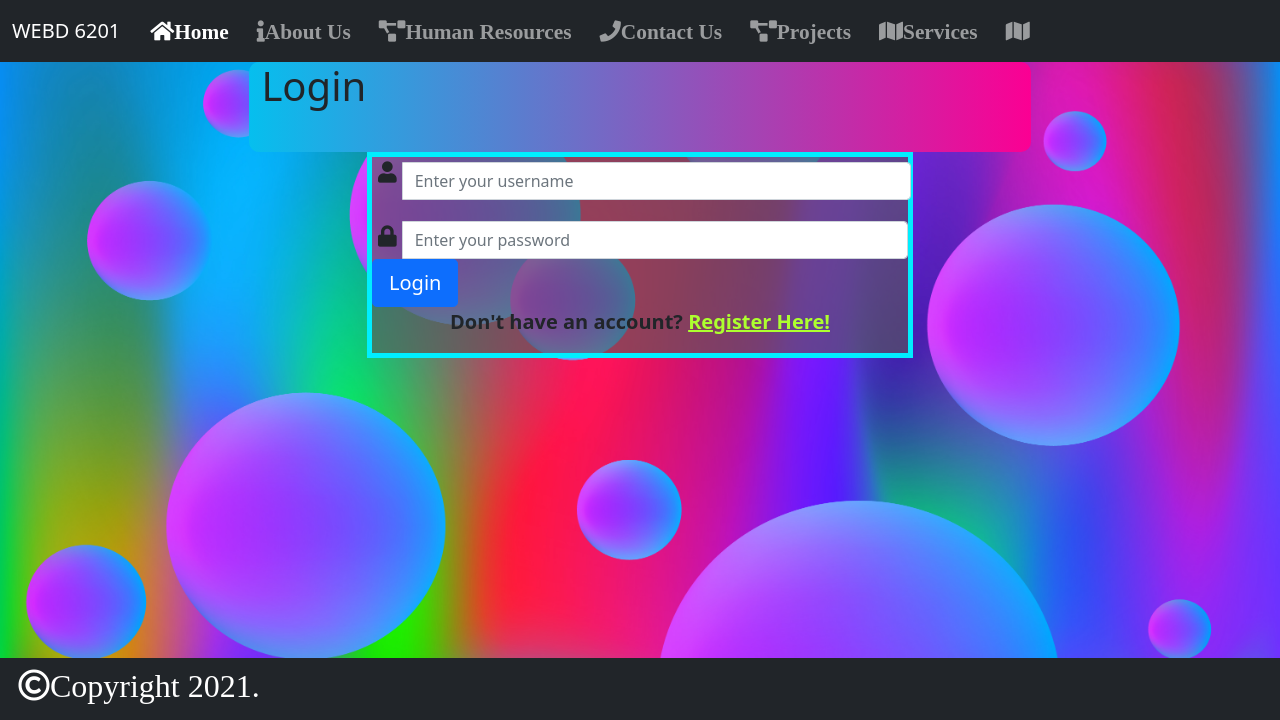
Repository: vans12345678/WEBD6201-W2021-Lab2
Page: login.html
These files come from the project's save history. The page is drawn as it stood at one moment and after a run of saves; the edit follows.
The browser window is 1280 px wide. The pictures show the whole page.

Above is the page before, as saved 2021-02-24 19:43:28.

### login.html
<!DOCTYPE html>
<html lang="en">
<head>
    <meta charset="UTF-8">
    <meta name="viewport" content="width=device-width, initial-scale=1.0">
    <title>Login</title>
    <!-- CSS Section -->
    <link rel="stylesheet" href="./node_modules/bootstrap/dist/css/bootstrap.min.css">
    <link rel="stylesheet" href="./node_modules/@fortawesome/fontawesome-free/css/all.min.css">
    <link rel="stylesheet" href="./Content/app.css">
</head>
<body class ="Vapor">
    <!-- Main Header -->
    <header>
        <!-- Main Navigation -->
        <nav class="navbar navbar-expand-lg navbar-dark bg-dark">
            <div class="container-fluid">
                <a id ="navHome" class="navbar-brand" href="index.html"></a>
                <button class="navbar-toggler" type="button" data-bs-toggle="collapse" data-bs-target="#navbarSupportedContent" aria-controls="navbarSupportedContent" aria-expanded="false" aria-label="Toggle navigation">
                  <span class="navbar-toggler-icon"></span>
                </button>
                <div class="collapse navbar-collapse" id="navbarSupportedContent">
                  <ul id = "ulNav" class="navbar-nav me-auto mb-2 mb-lg-0">
                    <li class="nav-item">
                      <a  class="nav-link active" aria-current="page" href="index.html"><i id ="navIndex"class = "fas fa-home fa-lg"></i></a>
                    </li>
                    <li class="nav-item" id ="navAbout">
                      <a  class="nav-link " aria-current="page" href="about.html"><i id ="navAboutItem"class = "fas fa-info fa-lg"></i></a>
                    </li>
                    <li class="nav-item">
                      <a  class="nav-link " aria-current="page" href="contact.html"><i id ="navContact"class = "fas fa-phone fa-lg"></i></a>
                    </li>
                    <li class="nav-item">
                      <a  class="nav-link" aria-current="page" href="projects.html"><i id ="navProjects" class ="fas fa-project-diagram fa-lg">Products</i></a>
                    </li>
                    <li class="nav-item">
                      <a  class="nav-link " aria-current="page" href="services.html"><i id ="navServices"class = "fas fa-map fa-lg"></i></a>
                    </li>
                    <li class="nav-item">
                      <a  class="nav-link " aria-current="page" href="login.html"><i id ="navLogin"class = "fas fa-map fa-lg"></i></a>
                    </li>
                  </ul>
                </div>
              </div>
          </nav>
    </header>

    <!-- Main Content -->
    <main class="container" id="mainContent">
        <h1 class = "container">Login</h1>
      <div class="row">
          <div class="offset-md-3 col-md-6 col-sm-12">
                <div class="login" id="contentArea"></div>
                    <div id = "messageArea"></div>
                    <form class = "fromBackground" id="loginForm" novalidate>
                      <div class="form-group mb-3">
                        <div class="input-group">
                          <span class="input-group-addon">
                            <i class="fa fa-user fa-lg">
                            </i>
                          </span>
                          <input type="text" class="form-control inputMargin" id="username" name="username"  required
                          value="" placeholder="Enter your username">
                        </div>
                      </div>
                      <div class="form-group">
                        <div class="input-group">
                          <span class="input-group-addon">
                            <i class="fa fa-lock fa-lg">
                            </i>
                          </span>
                          <input type="password" class="form-control" id="password" name="password"  required
                          value="" placeholder="Enter your password">
                        </div>
                      </div>
                      <div class="text-right">
                        <button id="submitButton" type="submit" class="btn btn-primary btn-lg">Login</button>
                      </div>
                      <p class="text-center fs-5 fw-bold">
                        Don't have an account?
                        <a href="register.html">Register Here!</a>
                    </p>
                    </form>
                </div>

          </div>
      </div>
  </main>

    <!-- Main Footer -->
    <footer>
        <nav class="navbar fixed-bottom navbar-dark bg-dark">
            <div class="container-fluid">
                <h4><i id = "footer" class="far fa-copyright fa-lg site-footer"></i></h4>
            </div>
          </nav>
    </footer>
    <!-- Script Section -->
    <script src="./node_modules/jquery/dist/jquery.min.js"></script>
    <script src="./node_modules/bootstrap/dist/js/bootstrap.bundle.min.js"></script>
    <script src="./Scripts/app.js"></script>
</body>
</html>

### Content/app.css
/* custom css goes here */
.Vapor {
    background-image: url('../images/vapor.jpg');
    background-repeat: no-repeat;
    background-attachment: fixed;
    background-size: 100% 100%;
  }
  a {
    color: greenyellow;
  }
  .textFont
  {
    font-family: Arial, Helvetica, sans-serif;
    line-height: 32px;
  }
  body
  {
    background-color: rgb(90, 90, 90);
  }
  h1.container{
    border-radius: 10px;
    width: 70%;
    height: 90px;
    margin: 0px auto;
    background: linear-gradient(90deg,#06bfee,#fb0093)
  }
  h1.projects{
    background-color: white;
  }
  .contact-table{
    width: 100%;
    margin:  50px auto;
    background-color: white;
  }
  .contact-form
  {
    width: 100%;
    margin:  100px auto;
  }
  .warnMessage
  {
    width: 90%;
    margin:  50px;
  }
  .site-footer {
    color:white;
  }
  .formMargin
  {
    margin: 35px 70px;
  }
  .inputMargin
  {
    margin: 5px -3px;
  }

  .fromBackground
  {
    background-color: #5a5a5aa1;
    border: 5px solid rgb(0, 238, 255);

  }
  i{
    margin:7px 6px;
  }

### Scripts/app.js
/************************************************************
 * Name: Andre Agrippa, Michai Pryce
 * Date: 01/20/2021
 * Description: This file adds functionality to the Home,
 * About Us, Human Resources, Contact Us, Projects and Services
 * pages.
 * Date Completed:
 */

"use strict";


(function(){

    /**
     * Display Nav bar function to display nav and footer
     */
    function DisplayNav()
    {
        let navTextElement = document.getElementById("navHome").textContent = "WEBD 6201";
        navTextElement = document.getElementById("navIndex").textContent = "Home";
        navTextElement = document.getElementById("navAboutItem").textContent = "About Us";

        let navAboutElement = document.getElementById("navAbout");
        let hrListItem = document.createElement("li");
        hrListItem.setAttribute("id", "liHumanResources");
        hrListItem.setAttribute("class", "nav-item");
        let navbar = document.getElementById("ulNav").appendChild(hrListItem);
        hrListItem.innerHTML = `<a class="nav-link" aria-current="page" href="human-resources.html">
        <i id ="navHumanResources" class ="fas fa-project-diagram fa-lg">Human Resources</i></a>`;
        if(document.title === "Human Resources"){
            hrListItem.innerHTML = `<a class="nav-link active" aria-current="page" href="human-resources.html">
            <i id ="navHumanResources" class ="fas fa-project-diagram fa-lg">Human Resources</i></a>`;
        }

        navAboutElement.after(hrListItem);

        navTextElement = document.getElementById("navContact").textContent = "Contact Us";
        navTextElement = document.getElementById("navProjects").textContent = "Projects";
        navTextElement = document.getElementById("navServices").textContent = "Services";
        navTextElement = document.getElementById("footer").textContent = "Copyright 2021.";
    }

    /**
     * Display home to display index page
     */
    function displayHome()
    {
        DisplayNav();
        let introText = "This is a simple site to demonstrate the about, contact, human resources, projects and services requirements for Lab 1 WEBD 6201 - Client Side Scripting";
        let titleText = "Welcome to WEBD 6201";

        let introTextElement = document.getElementById("indexTitle").textContent = titleText;
        introTextElement = document.getElementById("indexParagraph").textContent = introText;

    }
    /**
     * Display about to display about the creators
     */
    function displayAbout()
    {
        DisplayNav();

        //About Andre
        let aboutElement = document.getElementById("aboutTitle").textContent = "About Us";
        aboutElement = document.getElementById("aboutAText");
        aboutElement.innerHTML = `<h1>Andre Agrippa:</h1>
        <p class = "">I'm a 2nd year student at Durham College in the Computer Programming and Analysis program. I've been
        coding for several years now because I enjoy it and always looking to improve in this aspect.</p>
        <a class = "fa-lg" href="./resumes/andre_resume.pdf" download>Resume Download</a></br></br>
        <img src="./images/aa.jpg" alt="" style="width:500px;height:450px;">`;

        //About Michai
        aboutElement.innerHTML += `<h1>Michai Pryce:</h1>
        <p class = ""> Hello, I am in my final year in the Computer Programming Program at Durham College. I love
        to code and learn about the evergrowing advancements in technology. This is the demonstration for our first lab!
        </p>
        <a class = "fa-lg" href="./resumes/Copy_of_Resume.docx" download>Resume Download</a></br></br>
        <img src="./images/m.jpg" alt="" style="width:500px;height:450px;">`;

    }
    /**
     * Display top 3 projects page
     */
    function displayProjects()
    {
        DisplayNav();

        //Projects 1
        let projectsElement = document.getElementById("projectsTitle").textContent = "Projects";
        projectsElement = document.getElementById("projectsText").innerHTML =
        `<h3>Project One: COBOL Item List</h3>
        <p>This project reads records from a .dat file, performs calculations on the data then outputs it to a .out file neatly formatted.</p>
        <img src="./images/p1.png" alt="" style="width:800px;height:500px;">`;

        //Projects 2
        projectsElement = document.getElementById("projectsText").innerHTML +=
        `<h3>Project Two: C#, XAML, MDF  Preferred Shares and Common Shares</h3>
        <p>This project uses XAML for the windows form and a database to keep track of common and preferred shares.
        The database keeps track of how many shares(common/preferred) are  available and validation is applied.</p>
        <img src="./images/p2.png" alt="" style="width:800px;height:500px;">`;

        //Projects 3
        projectsElement = document.getElementById("projectsText").innerHTML +=
        `<h3>Project Three: ASP.NET and MVC Framework Animal Shelter</h3>
        <p>This project is a web application that keeps track of animals, owners, appointment and login info in a database.
        Relational database concepts are applied.</p>
        <img src="./images/p3.png" alt="" style="width:800px;height:500px;">`;

    }
    /**
     * Display top 3 services page
     */
    function displayServices()
    {
        DisplayNav();

        //Services 1
        let servicesElement = document.getElementById("servicesTitle").textContent = "Services";
        servicesElement = document.getElementById("servicesText").innerHTML =
        `<h3>Web Development:</h3>
        <p>We offer a variety of different web development (Front-end, Back-end, Databases). Languages (PHP, ASP.NET, JavaScript)</p>
        <img src="./images/s1.jpg" alt="" style="width:800px;height:500px;">`;

        //Services 2
        servicesElement = document.getElementById("servicesText").innerHTML +=
        `<h3>OOP Programming</h3>
        <p>We offer a variety of different Object Oriented Programming. We're experienced with C#, C++, Java etc.
        Whether it be windows forms applications, console applications GUI, etc.</p>
        <img src="./images/s2.png" alt="" style="width:800px;height:500px;">`;

        //Services 3
        servicesElement = document.getElementById("servicesText").innerHTML +=
        `<h3>Database Management System</h3>
        <p>It's been almost 3 years since we've had experience in database development. We've used software such as
        Microsoft SQL Server and PgAdmin4. Experienced with relational database concepts.</p>
        <img src="./images/s3.jpg" alt="" style="width:800px;height:500px;">`;


    }
    /**
     * Display contact form page
     */
    function displayContact()
    {
        DisplayNav();

        let messageArea = document.getElementById("messageArea");
        messageArea.hidden = true;

        //form validation
        let fullName = document.getElementById("fullName");
        fullName.addEventListener("blur", function()
        {
            if(fullName.value.length < 2)
            {
                fullName.focus();
                fullName.select();
                messageArea.hidden = false;
                messageArea.className = "alert alert-danger  ";
                messageArea.textContent = "Please enter an appropriate name > 2 characters";
            }
            else
            {
                messageArea.removeAttribute("class");
                messageArea.hidden = true;
            }
        });
            let sendButton = document.getElementById("sendButton");
            sendButton.addEventListener("click", function(event)
            {
                event.preventDefault();
                // //Displays twice?

                let contact = new Contact(fullName.value,contactNumber.value, emailAddress.value, shortMessage.value);

                console.log(contact.serialize());
                if(contact.serialize())
                {
                    localStorage.setItem((localStorage.length + 1).toString(),contact.serialize());

                    window.location.href = "index.html";
                }

            });

    }
    /**
     * Human resources page
     */
    function displayHumanResources()
    {
        DisplayNav();
    }
    function displayLogin()
    {
        DisplayNav();
    }
    function displayRegister()
    {
        DisplayNav();
    }

    /**
     * Start function, depending on document title will load specific page
     */
    function Start()
    {
        console.log("App Started...");

        //Based of title of html
        switch(document.title)
        {
            case "Index":
                displayHome();
                break;
            case "About Us":
                displayAbout();
                break;
            case "Projects":
                displayProjects();
                break;
            case "Services":
                displayServices();
                break;
            case "Contact Us":
                displayContact();
                break;
            case "Contact-List":
                displayContactList();
                break;
            case "Human Resources":
                displayHumanResources();
                break;
            case "Login":
                displayLogin();
                break;
            case "Register":
                displayRegister();
                break;
        }


    }

    window.addEventListener("load", Start);

})();

Loaded but not shown: node_modules/bootstrap/dist/css/bootstrap.min.css (library); node_modules/@fortawesome/fontawesome-free/css/all.min.css (library); node_modules/jquery/dist/jquery.min.js (library); node_modules/bootstrap/dist/js/bootstrap.bundle.min.js (library)

After the next 2 saves:
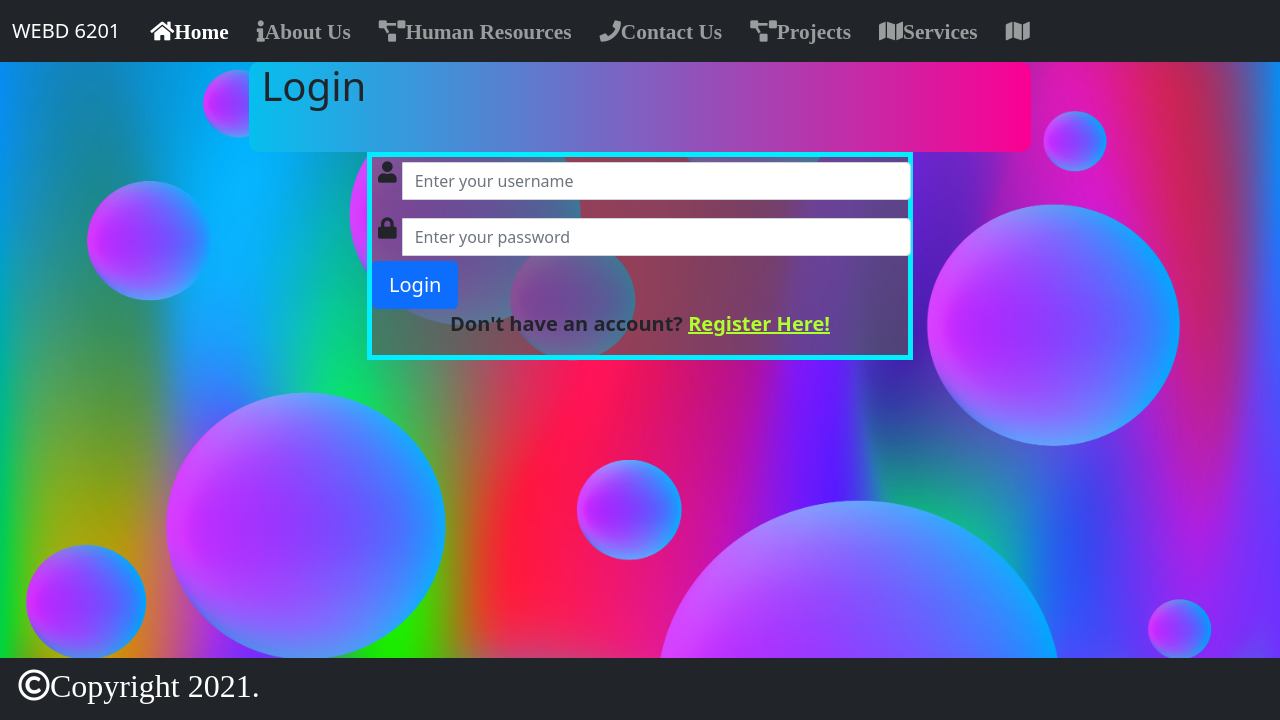
The 2 saves are shown as one change because they came seconds apart.
The last was saved 9 s later.
--- a/login.html
+++ b/login.html
@@ -53,7 +53,7 @@
                 <div class="login" id="contentArea"></div>
                     <div id = "messageArea"></div>
                     <form class = "fromBackground" id="loginForm" novalidate>
-                      <div class="form-group mb-3">
+                      <div class="form-group mb-2">
                         <div class="input-group">
                           <span class="input-group-addon">
                             <i class="fa fa-user fa-lg">
@@ -69,7 +69,7 @@
                             <i class="fa fa-lock fa-lg">
                             </i>
                           </span>
-                          <input type="password" class="form-control" id="password" name="password"  required
+                          <input type="password" class="form-control inputMargin" id="password" name="password"  required
                           value="" placeholder="Enter your password">
                         </div>
                       </div>
